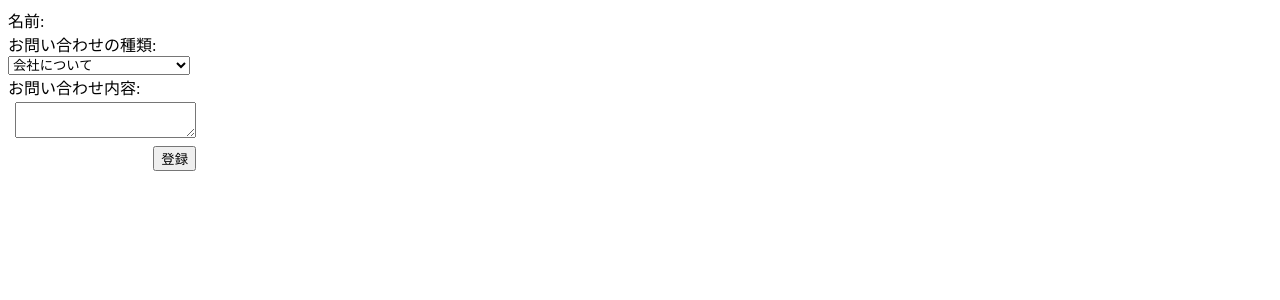
Repository: sasakisou/test
Page: http://localhost/WebProj/inquiry.jsp
The author's editor kept a copy of each file at every save. The page is drawn from the files as they stood at one save, then again after the next save.
The browser window is 1280 px wide. The pictures show the whole page.
The page is served by Tomcat 9. Other server files are loaded and not shown.

Above is the page before, as saved 2018-12-04 08:50:37.

### WebProj/WebContent/inquiry.jsp
<%@ page language="java" contentType="text/html; charset=UTF-8" pageEncoding="UTF-8"%>
<%@ taglib prefix="s" uri="/struts-tags" %>
<!DOCTYPE html>
<html>
<head>
<meta http-equiv="Content-Type" content="text/html; charset=UTF-8">
<title>お問い合わせフォーム</title>
</head>
<body>
	<s:form method="post" action="InquiryCompleteAction">
		名前:<imput type="text" name="name" /><br>
		お問い合わせの種類:<br>
		<select name="qtype">
			<option value="company">会社について</option>
			<option value="product">製品について</option>
			<option value="support">アフターサポートについて</option>
		</select>
		<br>
		お問い合わせ内容:
		<s:textarea name="body" />
		<br><s:submit value="登録"/>
	</s:form>
</body>
</html>

After the next save:
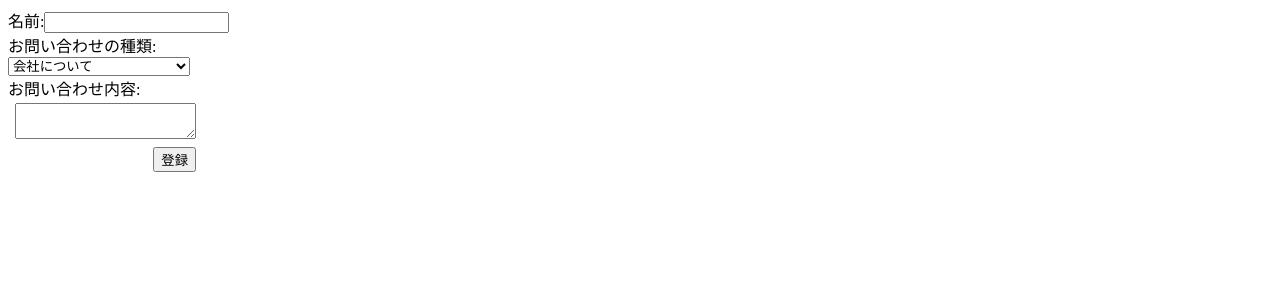
Saved 18 s later.
--- a/WebProj/WebContent/inquiry.jsp
+++ b/WebProj/WebContent/inquiry.jsp
@@ -8,7 +8,7 @@
 </head>
 <body>
 	<s:form method="post" action="InquiryCompleteAction">
-		名前:<imput type="text" name="name" /><br>
+		名前:<input type="text" name="name" /><br>
 		お問い合わせの種類:<br>
 		<select name="qtype">
 			<option value="company">会社について</option>
